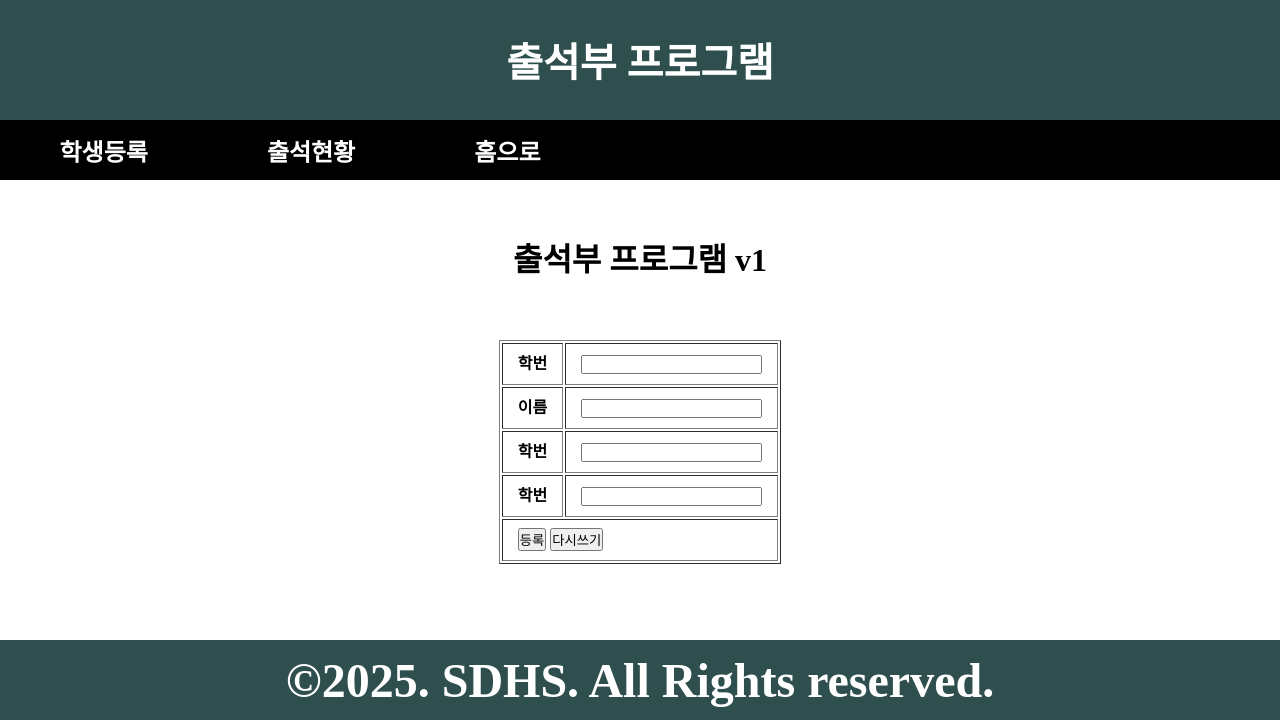
Repository: balhyo-younjisang/DigitechJSP
Page: http://localhost/rollbook/register.jsp
An editor plug-in stored every save of this project. The page is shown before and after the next save, followed by the edit.
The browser window is 1280 px wide. The pictures show the whole page.
The page is served by Tomcat 9. Queries for data that is not in the repository find no rows.

Above is the page before, as saved 2025-03-31 04:05:29.

### rollbook/src/main/webapp/register.jsp
<%@page import="java.sql.ResultSet"%>
<%@page import="java.sql.PreparedStatement"%>
<%@page import="rollbook.DBConnection"%>
<%@page import="java.sql.Connection"%>
<%@ page language="java" contentType="text/html; charset=UTF-8"
	pageEncoding="UTF-8"%>
<%
	String currentStdNo = null;

	Connection conn = DBConnection.getConnection();
	String sql = "SELECT TO_CHAR(nvl(max(std_no), 0) + 1, '00000') as std_no FROM tbl_std_001";
	PreparedStatement pstmt = conn.prepareStatement(sql);
	ResultSet rs = pstmt.executeQuery();

	if(rs.next()) currentStdNo = rs.getString("std_no");

	DBConnection.close(rs, pstmt, conn);
%>
<!DOCTYPE html>
<html>
<head>
<meta charset="UTF-8">
<title>출석부 프로그램</title>
<link rel="stylesheet" href="./css/style.css">
</head>
<body>
	<%@ include file="./component/header.jsp"%>
	<main>
		<h2>출석부 프로그램 v1</h2>
		<section class="content">
			<form action="register_action.jsp" method="post">
				<table border="1" >
					<tr>
						<td>학번</td>
						<td><input type="number" name="std_no" value=<%=currentStdNo %> readonly></td>
					</tr>
					<tr>
						<td>이름</td>
						<td><input type="text" name="std_name"></td>
					</tr>
					<tr>
						<td>학번</td>
						<td><input></td>
					</tr>
					<tr>
						<td>학번</td>
						<td><input></td>
					</tr>
					<tr>
						<td colspan="2">
							<button type="submit">등록</button>
							<button onclick="reset()">다시쓰기</button>
						</td>
					</tr>
				</table>
			</form>
		</section>
	</main>
	<%@ include file="./component/footer.jsp"%>
</body>
</html>

### rollbook/src/main/webapp/component/header.jsp
<%@ page language="java" contentType="text/html; charset=UTF-8"
	pageEncoding="UTF-8"%>
<header>
	<div class="header">
		<h1>출석부 프로그램</h1>
	</div>
	<nav>
		<ul class="gnb">
			<li><a href="register.jsp">학생등록</a></li>
			<li><a href="#">출석현황</a></li>
			<li><a href="index.jsp">홈으로</a></li>
		</ul>
	</nav>
</header>

### rollbook/src/main/webapp/component/footer.jsp
<%@ page language="java" contentType="text/html; charset=UTF-8"
	pageEncoding="UTF-8"%>
<footer>
	<h2>©2025. SDHS. All Rights reserved.</h2>
</footer>

### rollbook/src/main/java/rollbook/DBConnection.java
package rollbook;

import java.sql.Connection;
import java.sql.DriverManager;
import java.sql.PreparedStatement;
import java.sql.ResultSet;

public class DBConnection {
	public static Connection getConnection() {
		Connection conn = null;
		try {
			Class.forName("oracle.jdbc.OracleDriver");
			String url = "jdbc:oracle:thin:@localhost:1521:xe";
			conn = DriverManager.getConnection(url, "system", "1234");
		} catch (Exception e) {
			e.printStackTrace();
			System.out.println("DB Connection Failed :: " + e.getMessage());
		}

		return conn;
	}

	public static void close(ResultSet rs, PreparedStatement pstmt, Connection conn) {
		try {
			if (rs != null)
				rs.close();
			if (pstmt != null)
				pstmt.close();
			if (conn != null)
				conn.close();
		} catch (Exception e) {
			e.printStackTrace();
		}
	}

	public static void close(PreparedStatement pstmt, Connection conn) {
		try {
			if (pstmt != null)
				pstmt.close();
			if (conn != null)
				conn.close();
		} catch (Exception e) {
			e.printStackTrace();
		}
	}
}

### rollbook/src/main/webapp/css/style.css
@charset "UTF-8";

* {
	margin: 0px;
	padding: 0px;
	box-sizing: border-box;
}

ul, li {
	list-style: none;
}

a {
	text-decoration: none;
	color: inherit;
}

header {
	width: 100vw;
	height: 180px;
}

header .header {
	width: 100%;
	height: 120px;
	display: flex;
	align-items: center;
	justify-content: center;
	background-color: darkslategrey;
}

header .header h1 {
	font-size: 40px;
	color: white;
}

header nav {
	height: 60px;
	width: 100%;
	background-color: black;
}

header nav .gnb {
	display: flex;
	align-items: center;
	justify-content: space-around;
	width: 600px;
	height: 100%;
	font-size: 24px;
	color: white;
	font-weight: bold;
}

main {
	height: calc(100vh - 180px - 80px);
	width: 100vw;
}

main h2 {
	text-align: center;
	line-height: 160px;
	font-size: 32px;
	font-weight: bold;
}

main .content {
	line-height: 40px;
	display: flex;
	justify-content: center;
}

main .content table td {
	padding: 0px 15px;
}

main .content table tr td:first-child {
	font-weight: bold;
}


footer {
	width: 100%;
	height: 80px;
	background-color: darkslategrey;
	color: white;
	font-size: 32px;
	display: flex;
	align-items: center;
	justify-content: center;
	position: fixed;
	bottom: 0;
	right: 0;
}

After the next save:
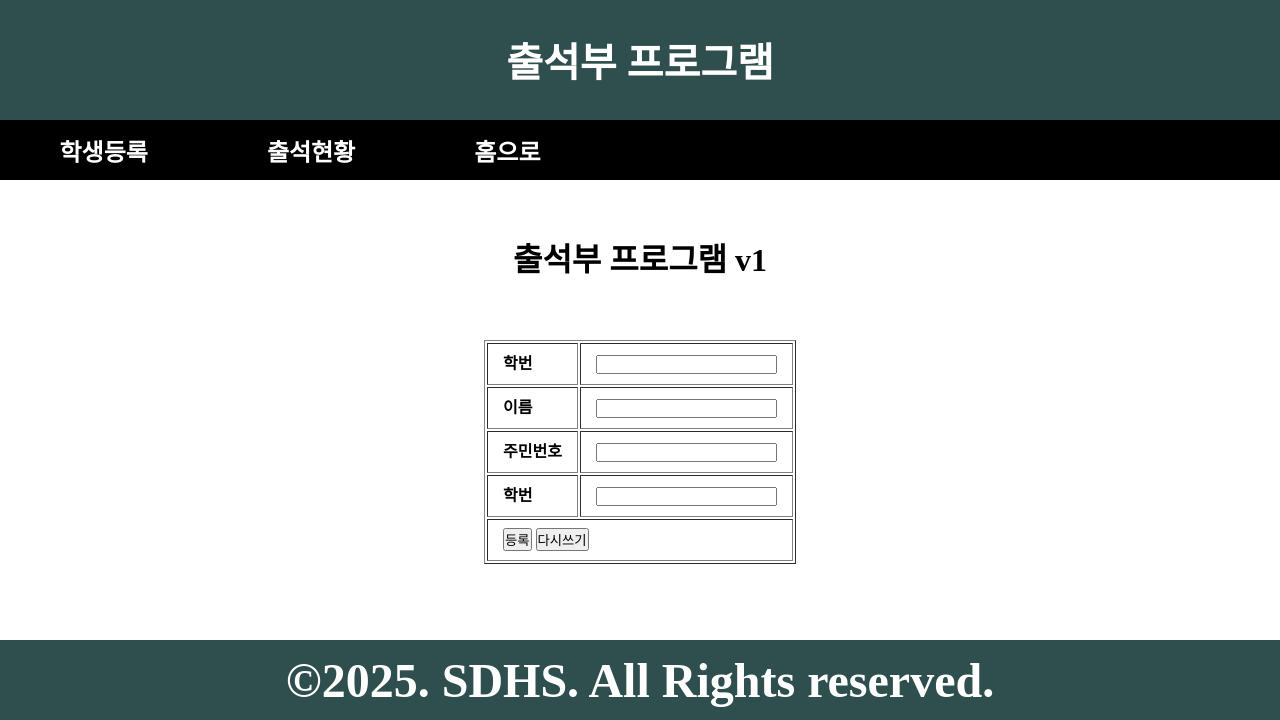
Saved 7 s later.
--- a/rollbook/src/main/webapp/register.jsp
+++ b/rollbook/src/main/webapp/register.jsp
@@ -39,7 +39,7 @@
 						<td><input type="text" name="std_name"></td>
 					</tr>
 					<tr>
-						<td>학번</td>
+						<td>주민번호</td>
 						<td><input></td>
 					</tr>
 					<tr>
